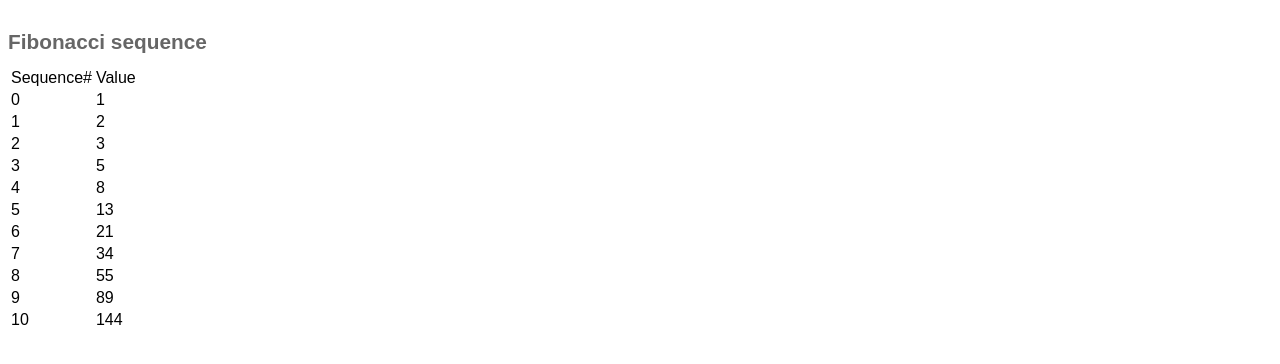
Repository: hhugohm/php_basic
Page: http://localhost/src/fibonnacci.php
The author's editor kept a copy of each file at every save. The page is drawn from the files as they stood at one save, then again after the next save.
The browser window is 1280 px wide. The pictures show the whole page.
The page is run by PHP 8.4 with error messages shown; the project is at /var/www/html/.

Above is the page before, as saved 2017-06-08 22:45:00.

After the next save:
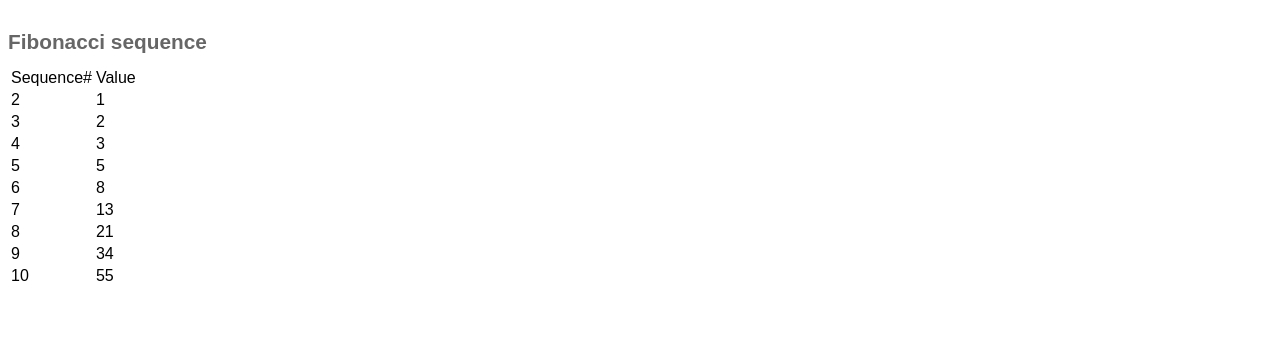
Saved 3 min 22 s later.
--- a/php_unidad4/src/fibonnacci.php
+++ b/php_unidad4/src/fibonnacci.php
@@ -15,7 +15,7 @@
 		<td>Sequence#  </td>
 		<td>Value      </td>
 	</tr>";
-for($i=0;$i<= $iteraciones;$i++){
+for($i=2;$i<= $iteraciones;$i++){
 	$sum=$num1+$num2;
 	$num1=$num2;
 	$num2=$sum;

After the save that followed:
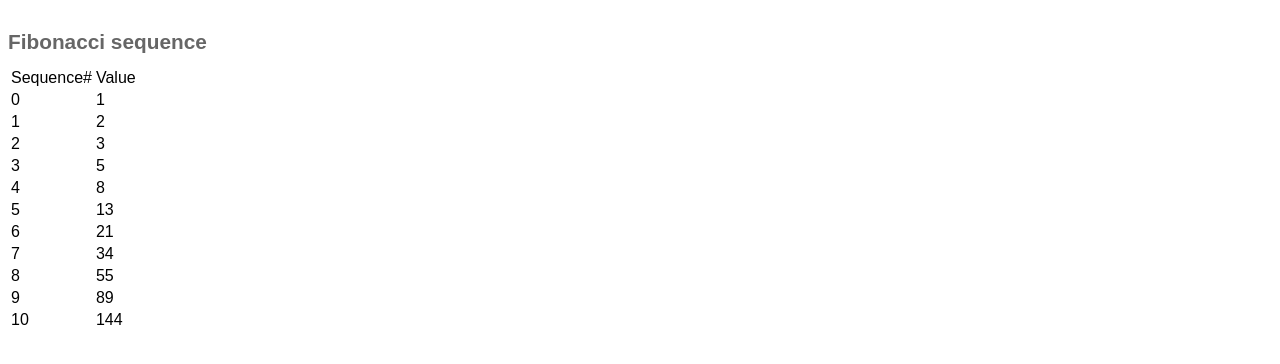
Saved 79 s later.
--- a/php_unidad4/src/fibonnacci.php
+++ b/php_unidad4/src/fibonnacci.php
@@ -15,7 +15,7 @@
 		<td>Sequence#  </td>
 		<td>Value      </td>
 	</tr>";
-for($i=2;$i<= $iteraciones;$i++){
+for($i=0;$i<= $iteraciones;$i++){
 	$sum=$num1+$num2;
 	$num1=$num2;
 	$num2=$sum;
